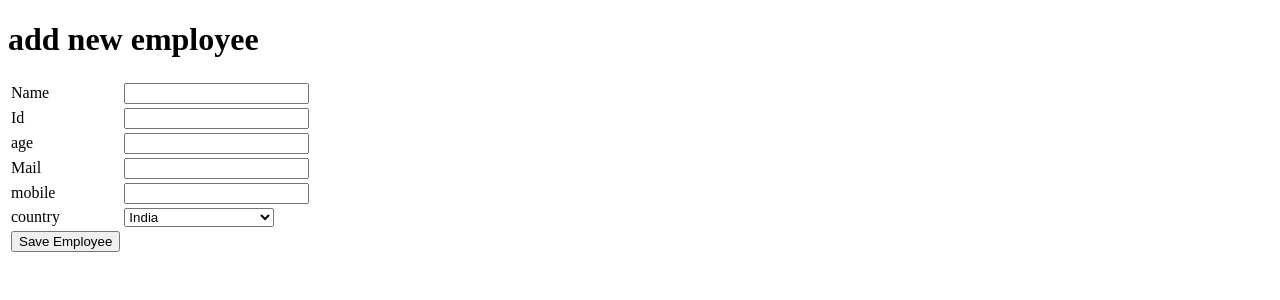
Repository: zeeshan495/AdvanceJava
Page: CrudServlets/WebContent/index.html
The author's editor kept a copy of each file at every save. The page is drawn from the files as they stood at one save, then again after the next save.
The browser window is 1280 px wide. The pictures show the whole page.

Above is the page before, as saved 2018-06-28 09:49:41.

### CrudServlets/WebContent/index.html
<!Doctype html>
<html>
<head>
<meta charset="UTF-8">
<title>Employees Details</title>
</head>
<body>
<h1>add new employee</h1>
<form action="saveServlet" method="post">
<table>
<tr><td>Name</td><td><input type="text" name="name"></td></tr>
<tr><td>Id</td><td><input type="text" name="id"></td></tr>
<tr><td>age</td><td><input type="text" name="age"></td></tr>
<tr><td>Mail</td><td><input type="email" name="mail"></td></tr>
<tr><td>mobile</td><td><input type="text" name="number"></td></tr>
<tr><td>country</td>
<td><select name="country" style="width:150px">
<option>India</option>
<option>USA</option>
<option>UK</option>
<option>Other</option>
</select>
</td></tr>
<tr><td><input type="submit" value="Save Employee"/></td></tr>

</table>
</form>
</body>
</html>

After the next save:
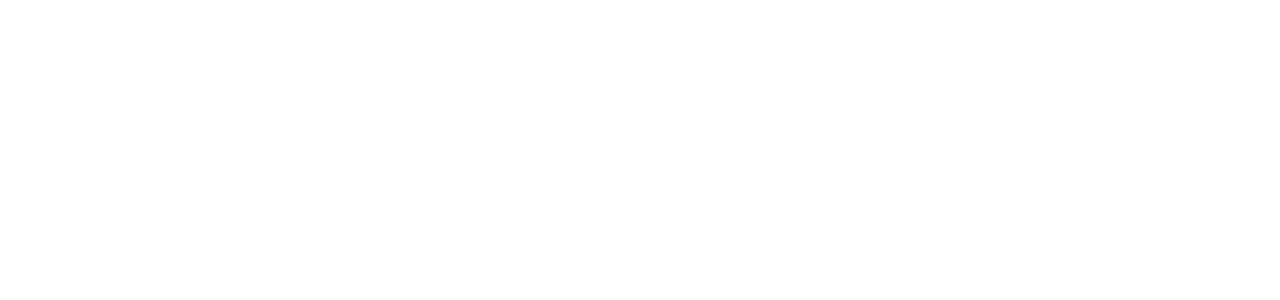
Saved 2 min 52 s later.
--- a/CrudServlets/WebContent/index.html
+++ b/CrudServlets/WebContent/index.html
@@ -4,26 +4,5 @@
 <meta charset="UTF-8">
 <title>Employees Details</title>
 </head>
-<body>
-<h1>add new employee</h1>
-<form action="saveServlet" method="post">
-<table>
-<tr><td>Name</td><td><input type="text" name="name"></td></tr>
-<tr><td>Id</td><td><input type="text" name="id"></td></tr>
-<tr><td>age</td><td><input type="text" name="age"></td></tr>
-<tr><td>Mail</td><td><input type="email" name="mail"></td></tr>
-<tr><td>mobile</td><td><input type="text" name="number"></td></tr>
-<tr><td>country</td>
-<td><select name="country" style="width:150px">
-<option>India</option>
-<option>USA</option>
-<option>UK</option>
-<option>Other</option>
-</select>
-</td></tr>
-<tr><td><input type="submit" value="Save Employee"/></td></tr>
 
-</table>
-</form>
-</body>
 </html>

After the save that followed:
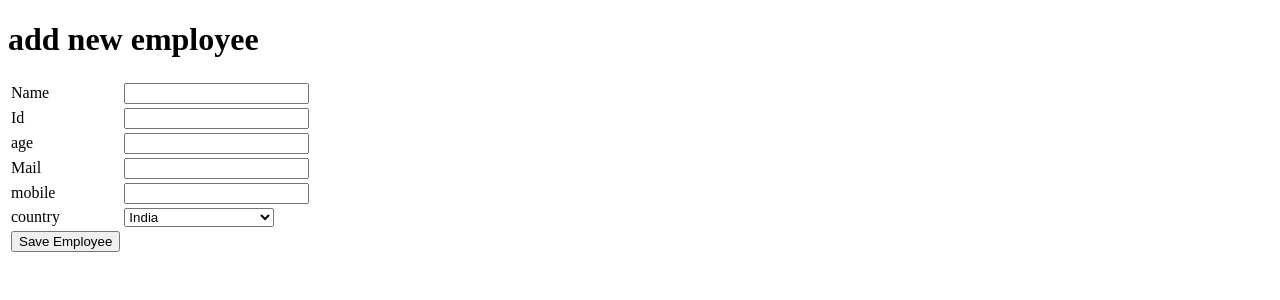
Saved 31 s later.
--- a/CrudServlets/WebContent/index.html
+++ b/CrudServlets/WebContent/index.html
@@ -4,5 +4,26 @@
 <meta charset="UTF-8">
 <title>Employees Details</title>
 </head>
+<body>
+<h1>add new employee</h1>
+<form action="saveServlet" method="post">
+<table>
+<tr><td>Name</td><td><input type="text" name="name"></td></tr>
+<tr><td>Id</td><td><input type="text" name="id"></td></tr>
+<tr><td>age</td><td><input type="text" name="age"></td></tr>
+<tr><td>Mail</td><td><input type="email" name="mail"></td></tr>
+<tr><td>mobile</td><td><input type="text" name="number"></td></tr>
+<tr><td>country</td>
+<td><select name="country" style="width:150px">
+<option>India</option>
+<option>USA</option>
+<option>UK</option>
+<option>Other</option>
+</select>
+</td></tr>
+<tr><td><input type="submit" value="Save Employee"/></td></tr>
 
+</table>
+</form>
+</body>
 </html>
